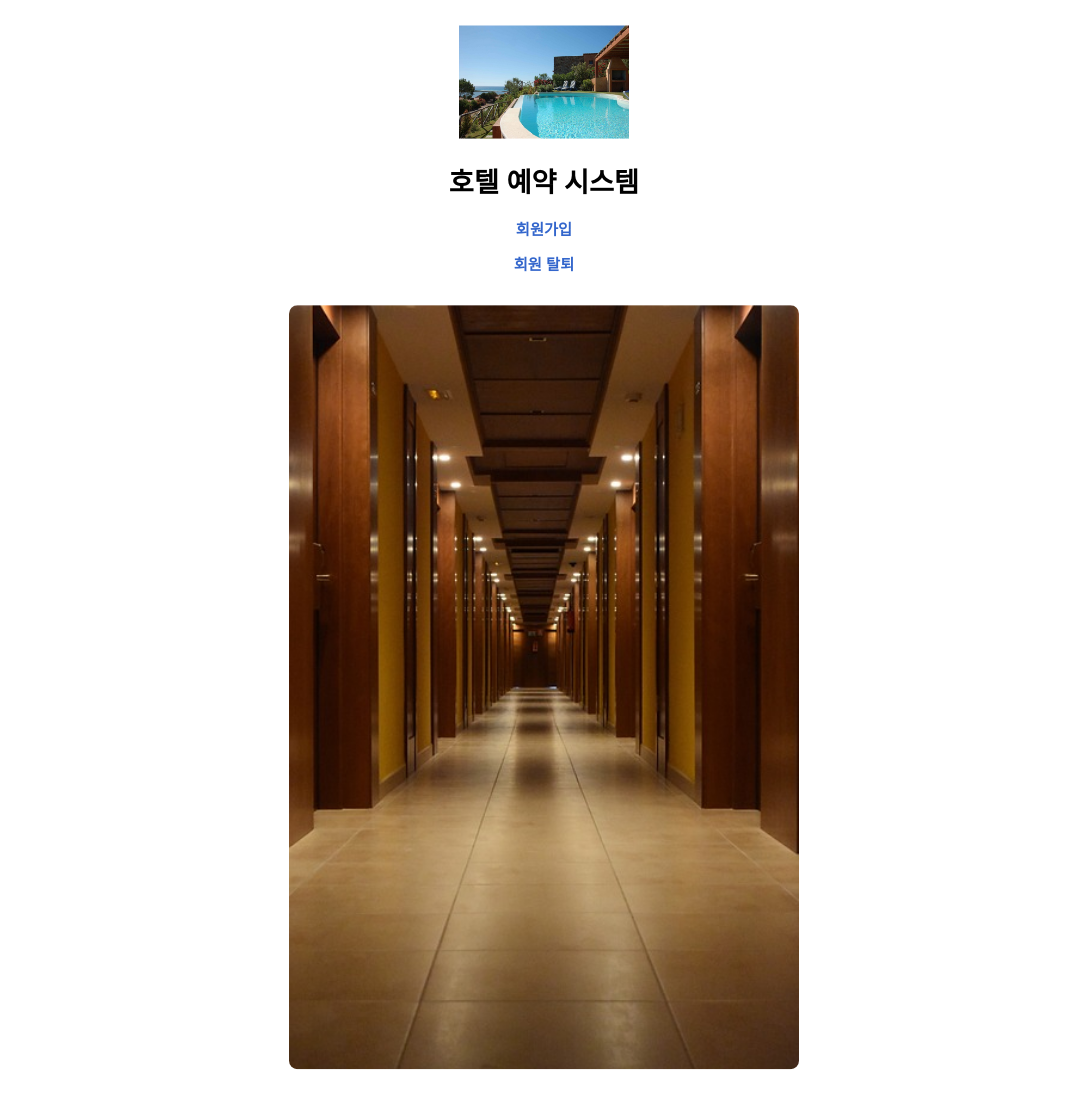
Repository: DearMyStore/ui-test
Page: http://localhost/HotelReservationSystem/menu.jsp
These files come from the project's save history. The page is drawn as it stood at one moment and after the next save; the edit follows.
The browser window is 1280 px wide. The pictures show the whole page, at 85% of full size.
The page is served by Tomcat 9.

Above is the page before, as saved 2025-05-27 13:51:11.

After the next save:
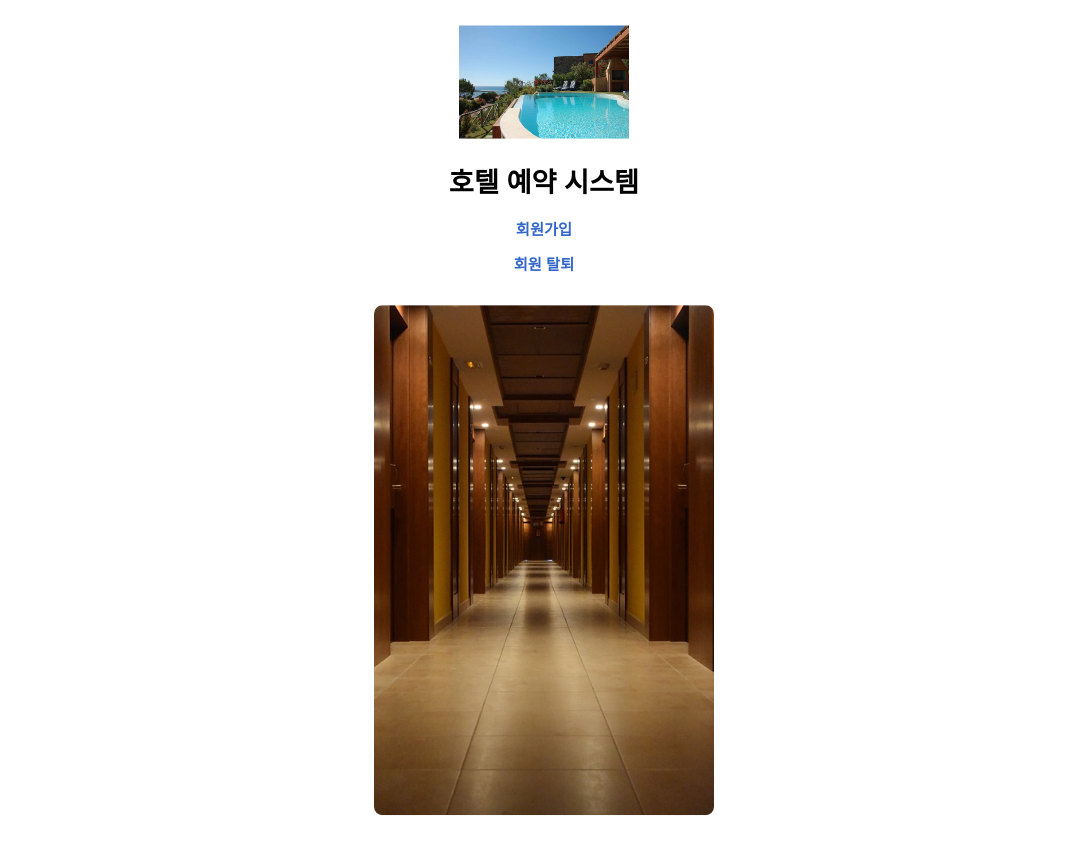
Saved 74 s later.
--- a/HRS/HotelReservationSystem/src/main/webapp/menu.jsp
+++ b/HRS/HotelReservationSystem/src/main/webapp/menu.jsp
@@ -7,7 +7,7 @@
     <style>
         body { font-family: Arial, sans-serif; text-align: center; margin: 30px; }
         img.logo { width: 200px; }
-        img.room { width: 600px; margin-top: 20px; border-radius: 10px; }
+        img.room { width: 400px; margin-top: 20px; border-radius: 10px; }
         ul { list-style-type: none; padding: 0; }
         li { margin: 15px 0; font-size: 18px; }
         a { text-decoration: none; color: #3366cc; font-weight: bold; }
